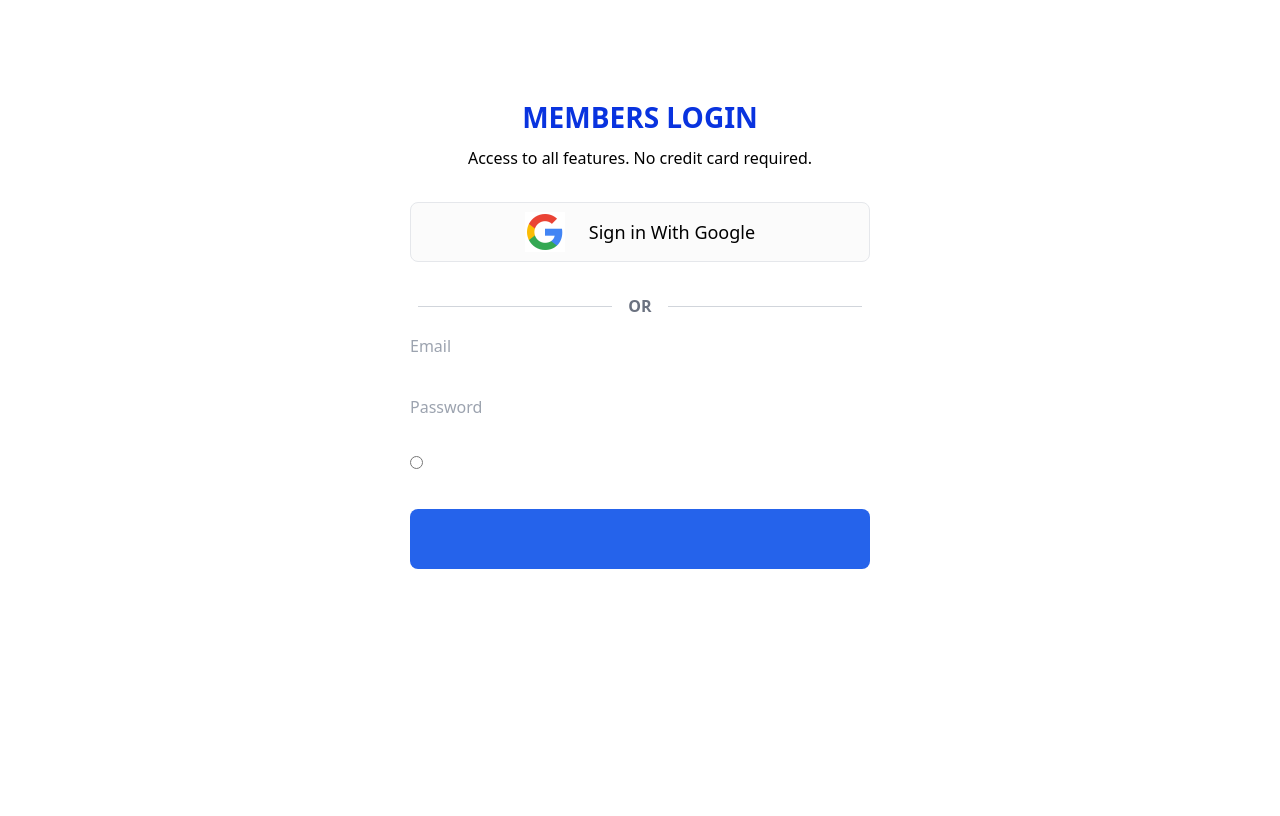
Repository: MaramMaryam/login
Page: login.html
These files come from the project's save history. The page is drawn as it stood at one moment and after a run of saves; the edit follows.
The browser window is 1280 px wide. The pictures show the whole page.
Some web libraries are served in a nearby version.

Above is the page before, as saved 2023-06-29 11:41:33.

After the next 2 saves:
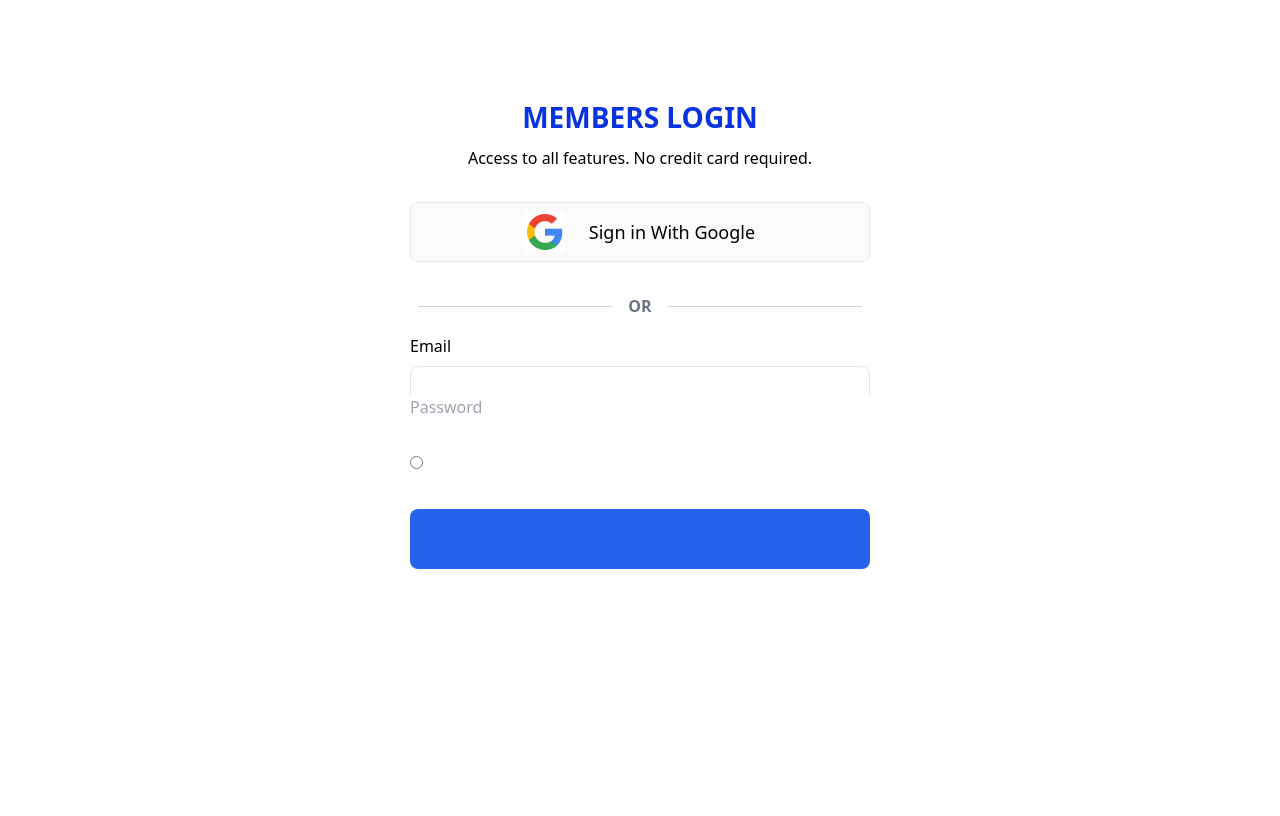
The 2 saves are shown as one change because they came seconds apart.
The last was saved 7 s later.
--- a/login.html
+++ b/login.html
@@ -42,8 +42,17 @@
         </div>
         <form class="w-full">
             <div class="h-[45px] my-4">
-
-                <input type="email" class="w-full" placeholder="Email">
+                <div class="flex flex-col">
+                    <label class="mb-2">Email</label>
+                    <div
+                        class="flex bg-white items-center border border-alto-main rounded-[8px]"
+                    >
+                        <input
+                            class="bg-transparent border-none w-full h-full p-2 outline-none"
+                        />
+                    </div>
+                </div>
+                <!-- <input type="email" class="w-full" placeholder="Email"> -->
             </div>
             <div class="h-[45px] my-4">
                 <input type="password" class="w-full" placeholder="Password">
